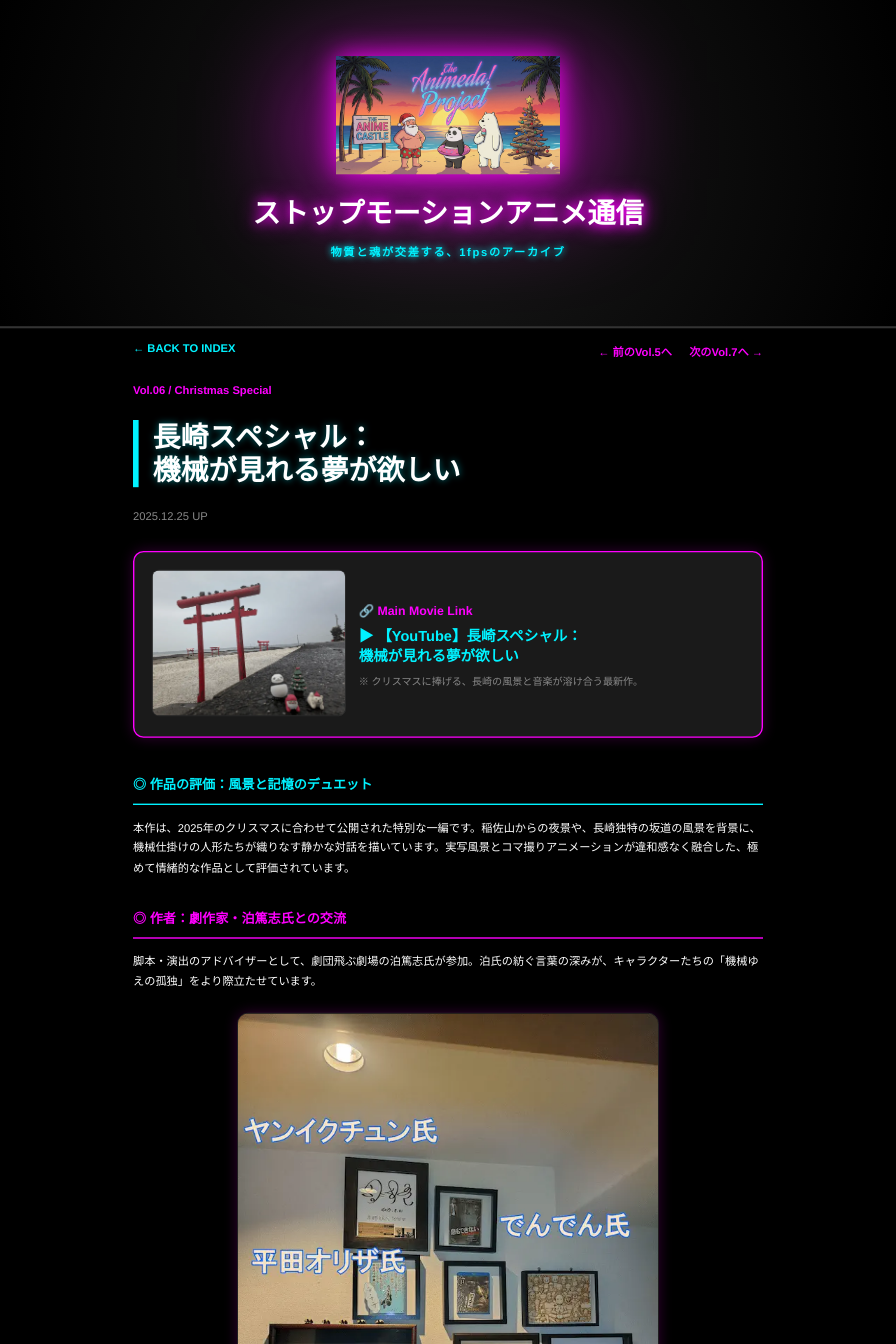
Repository: hamagoro/my-animation-site
Page: episodes/vol06.html
These files come from the project's save history. The page is drawn as it stood at one moment and after the next save; the edit follows.
The browser window is 1280 px wide. The pictures show the part of the page from y = 0 to 1920 px (the page is 3999 px tall before and 4011 px after), at 70% of full size.

Above is the page before, as saved 2026-01-25 16:39:47.

### episodes/vol06.html
<!DOCTYPE html>
<html lang="ja">
<head>
    <meta charset="UTF-8">
    <meta name="viewport" content="width=device-width, initial-scale=1.0">
    <title>Vol.06 長崎スペシャル - ストップアニメーション通信</title>
    <link rel="icon" href="../images/logo2.webp" type="image/webp">
    <link rel="stylesheet" href="../style.css">
</head>
<body>

    <header class="main-header">
        <img src="../images/logo.webp" alt="The Animeda! Project" class="header-logo">
        <h1 class="header-title">ストップモーションアニメ通信</h1>
        <p class="header-subtitle">物質と魂が交差する、1fpsのアーカイブ</p>
    </header>

    <nav style="padding: 20px; display: flex; justify-content: space-between; font-weight: bold; max-width: 900px; margin: 0 auto;">
        <a href="../index.html" style="color: #00f2ff; text-decoration: none;">← BACK TO INDEX</a>
        <div>
            <a href="vol05.html" style="color: #ff00ff; text-decoration: none; margin-right: 20px;">← 前のVol.5へ</a>
            <a href="vol07.html" style="color: #ff00ff; text-decoration: none;">次のVol.7へ →</a>
        </div>
    </nav>

    <article class="episode-container" style="max-width: 900px; margin: 0 auto; padding: 0 40px; text-align: left;">

        <header class="episode-header" style="margin-bottom: 40px;">
            <p style="color: #ff00ff; margin-bottom: 5px; font-weight: bold;">Vol.06 / Christmas Special</p>
            <h2 style="font-size: 2.5rem; border-left: 8px solid #00f2ff; padding-left: 20px; line-height: 1.2; text-shadow: 0 0 10px rgba(0,242,255,0.5);">
                長崎スペシャル：<br>機械が見れる夢が欲しい
            </h2>
            <p class="date" style="margin-top: 15px; color: #888;">2025.12.25 UP</p>
        </header>

        <section class="top-link-area" style="margin-bottom: 50px; padding: 25px; background: #1a1a1a; border-radius: 15px; border: 2px solid #ff00ff; box-shadow: 0 0 20px rgba(255, 0, 255, 0.2); display: flex; align-items: center; gap: 20px; flex-wrap: wrap;">
            <div style="flex: 1; min-width: 200px;">
                <img src="../images/vol06/main.webp" alt="長崎スペシャル" style="width: 100%; border-radius: 10px; border: 1px solid #333;">
            </div>
            <div style="flex: 2; min-width: 250px;">
                <p style="margin-bottom: 10px; font-weight: bold; color: #ff00ff; font-size: 1.1rem;">🔗 Main Movie Link</p>
                <a href="https://youtu.be/II24Uw6DMSQ" target="_blank" style="color: #00f2ff; text-decoration: none; font-weight: bold; font-size: 1.3rem; display: block; line-height: 1.4;">
                    ▶ 【YouTube】長崎スペシャル：<br>機械が見れる夢が欲しい
                </a>
                <p style="color: #888; font-size: 0.9rem; margin-top: 10px;">
                    ※ クリスマスに捧げる、長崎の風景と音楽が溶け合う最新作。
                </p>
            </div>
        </section>

        <section class="analysis-overview" style="line-height: 1.8;">
            <div style="margin-bottom: 40px;">
                <h3 style="color: #00f2ff; border-bottom: 2px solid #00f2ff; padding-bottom: 10px;">◎ 作品の評価：風景と記憶のデュエット</h3>
                <p>
                    本作は、2025年のクリスマスに合わせて公開された特別な一編です。稲佐山からの夜景や、長崎独特の坂道の風景を背景に、機械仕掛けの人形たちが織りなす静かな対話を描いています。実写風景とコマ撮りアニメーションが違和感なく融合した、極めて情緒的な作品として評価されています。
                </p>
            </div>

            <div style="margin-bottom: 40px;">
                <h3 style="color: #ff00ff; border-bottom: 2px solid #ff00ff; padding-bottom: 10px;">◎ 作者：劇作家・泊篤志氏との交流</h3>
                <p>
                    脚本・演出のアドバイザーとして、劇団飛ぶ劇場の泊篤志氏が参加。泊氏の紡ぐ言葉の深みが、キャラクターたちの「機械ゆえの孤独」をより際立たせています。
                </p>
                <div style="margin: 30px 0; text-align: center;">
                    <img src="../images/vol06/signed.webp" alt="泊篤志氏のサイン" style="width: 100%; max-width: 600px; border-radius: 15px; border: 1px solid #333; box-shadow: 0 0 20px rgba(255, 0, 255, 0.2);">
                    <p style="font-size: 0.9rem; color: #888; margin-top: 10px;">【Memory】泊篤志氏から頂いた大切なサインと、交流の記録</p>
                </div>
            </div>

            <div style="margin-bottom: 40px;">
                <h3 style="color: #00f2ff; border-bottom: 2px solid #00f2ff; padding-bottom: 10px;">◎ 技術：夜景の中の「実存感」</h3>
                <p>
                    夜景撮影において最も困難なのは、背景の光量と人形へのライティングのバランスです。本作では、窓への反射を最小限に抑えつつ、暗闇の中でも人形たちが埋もれないよう、微細なスポットライトを多用しています。
                </p>
                <div style="margin: 40px 0; text-align: center;">
                    <img src="../images/vol06/sub.webp" alt="長崎の夜景と人形" style="width: 100%; max-width: 700px; border-radius: 15px; border: 2px solid #333; box-shadow: 0 0 15px rgba(0, 242, 255, 0.2);">
                    <p style="font-size: 0.9rem; color: #888; margin-top: 10px;">長崎の夜景と、共に旅をする人形たち（劇中カットより）</p>
                </div>
            </div>

            <div style="margin-bottom: 40px;">
                <h3 style="color: #ff00ff; border-bottom: 2px solid #ff00ff; padding-bottom: 10px;">◎ 今後の予定：巡回上映とAIへの挑戦</h3>
                <p>
                    本作は今後、北九州や福岡など、九州各地のミニシアターでの巡回上映を予定しています。また、次作では「AI生成による不整合な動き」をあえてコマ取りの「味」として取り入れる、新たな表現手法のテストも開始されています。
                </p>
            </div>
        </section>

        <section style="margin: 60px 0; padding: 30px; background: #1a1a1a; border-radius: 20px; border: 1px dashed #00f2ff;">
            <h4 style="margin: 0; color: #00f2ff; font-size: 1.4rem;">🔍 Animeda! 視点：交流から生まれる命</h4>
            <p style="font-size: 1rem; margin-top: 15px; line-height: 2;">
                草木饅頭を手に楽屋を訪ねるという「身体的なアクション」こそが、ストップモーション制作者には欠かせない資質です。人形に触れ、舞台に触れ、人に触れる。泊氏から直接頂いたサインは、何物にも代えがたい制作のガソリンになります。来年はAIの不整合すらも「味」にできるほど、自分自身と機械の距離を縮めていきたい。そう強く感じさせるクリスマス・スペシャルでした。
            </p>
        </section>

    </article>

    <nav style="padding: 20px; display: flex; justify-content: space-between; font-weight: bold; max-width: 900px; margin: 0 auto;">
        <a href="../index.html" style="color: #00f2ff; text-decoration: none;">← BACK TO INDEX</a>
        <div>
            <a href="vol05.html" style="color: #ff00ff; text-decoration: none; margin-right: 20px;">← 前のVol.5へ</a>
            <a href="vol07.html" style="color: #ff00ff; text-decoration: none;">次のVol.7へ →</a>
        </div>
    </nav>

    <footer class="main-footer" style="padding: 80px 20px; text-align: center; border-top: 4px solid #ff00ff; background: #000; display: flex; flex-direction: column; align-items: center; justify-content: center;">
        <img src="../images/logo.webp" alt="The Animeda! Project Logo" class="footer-logo" style="max-width: 180px; filter: drop-shadow(0 0 15px rgba(255, 0, 255, 0.8)); margin-bottom: 20px; display: block; margin-left: auto; margin-right: auto;">
        <p class="footer-credit" style="color: #00f2ff; font-weight: 900; text-shadow: 0 0 10px rgba(0, 242, 255, 0.5); margin: 0; text-align: center; width: 100%;">© 2026 The Animeda! Project</p>
    </footer>

</body>
</html>

### style.css
/* --- 共通：ネオンヘッダーの定義 --- */
body {
    background-color: #000 !important;
    color: #ffffff !important;
    font-family: 'Helvetica Neue', Arial, 'Hiragino Kaku Gothic ProN', 'Hiragino Sans', Meiryo, sans-serif;
    margin: 0;
}

/* ヘッダー全体の共通スタイル */
.main-header {
    padding: 80px 20px;
    text-align: center;
    background: radial-gradient(circle at center, #1a1a1a 0%, #000 100%);
    position: relative;
    overflow: hidden;
    border-bottom: 3px solid #333;
}

/* ロゴ背後のネオン光 */
.main-header::before {
    content: "";
    position: absolute;
    top: 40%; left: 50%;
    transform: translate(-50%, -50%);
    width: 400px; height: 150px;
    background: rgba(255, 0, 255, 0.7);
    filter: blur(80px);
    z-index: 0;
}

.header-logo {
    position: relative; z-index: 1;
    max-width: 320px;
    filter: drop-shadow(0 0 20px rgba(255, 0, 255, 1));
    margin-bottom: 20px;
}

.header-title {
    position: relative; z-index: 1;
    font-size: 2.5rem; font-weight: 900;
    text-shadow: 0 0 15px #ff00ff, 0 0 30px #ff00ff;
    margin: 0;
}

.header-subtitle {
    position: relative; z-index: 1;
    color: #00f2ff; font-weight: bold;
    text-shadow: 0 0 10px #00f2ff;
    letter-spacing: 0.15em; margin-top: 15px;
}

/* フッターのネオン共通スタイル */
.main-footer {
    padding: 80px 20px;
    text-align: center;
    background: #000;
    border-top: 4px solid #ff00ff;
    margin-top: 50px;
}

.footer-logo {
    max-width: 150px;
    filter: drop-shadow(0 0 15px rgba(255, 0, 255, 0.7));
}

.footer-credit {
    color: #00f2ff; font-weight: 900;
    text-shadow: 0 0 10px rgba(0, 242, 255, 0.5);
    margin-top: 15px;
}

After the next save:
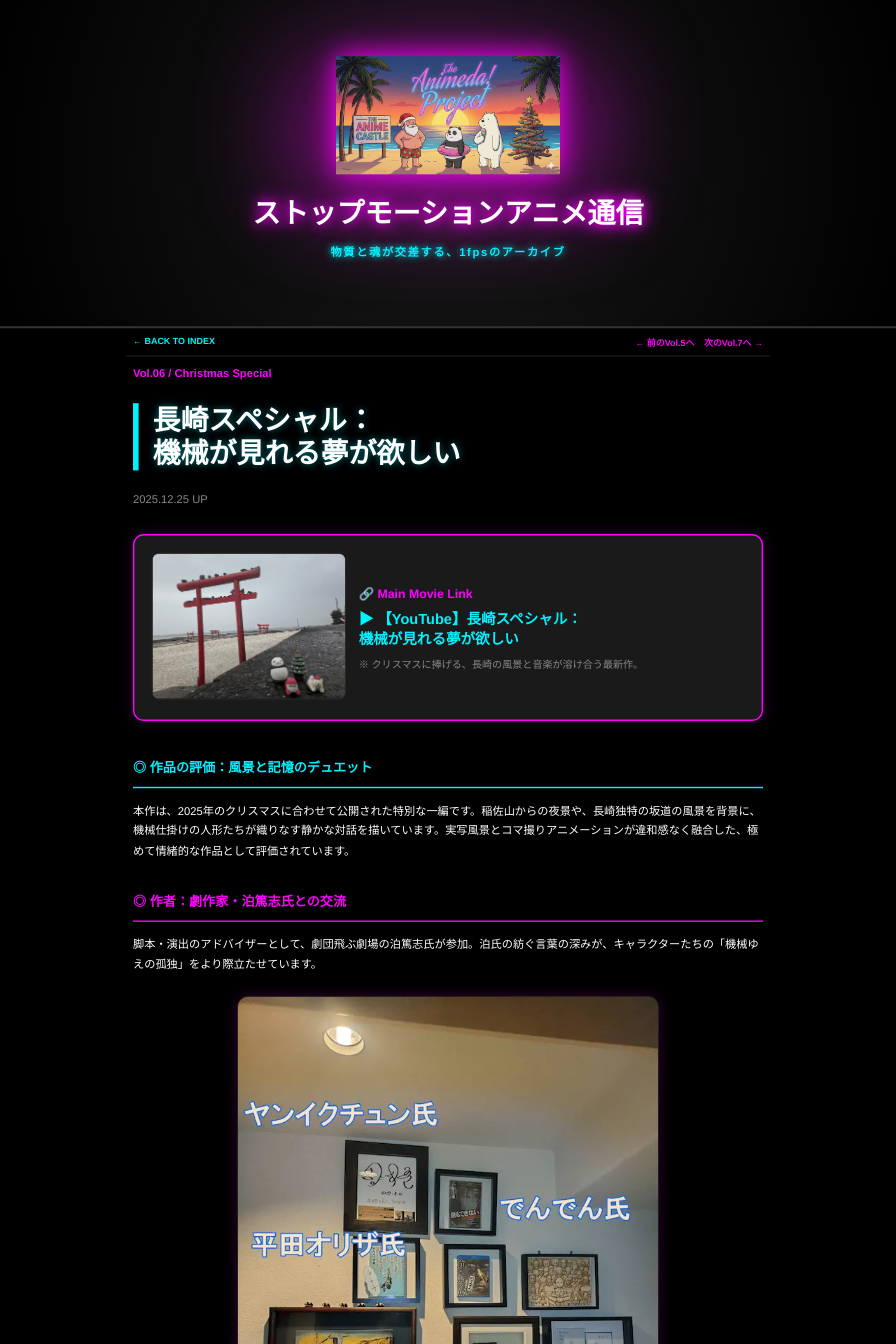
Saved 9 s later.
--- a/episodes/vol06.html
+++ b/episodes/vol06.html
@@ -15,11 +15,11 @@
         <p class="header-subtitle">物質と魂が交差する、1fpsのアーカイブ</p>
     </header>
 
-    <nav style="padding: 20px; display: flex; justify-content: space-between; font-weight: bold; max-width: 900px; margin: 0 auto;">
+    <nav style="padding: 10px; display: flex; justify-content: space-between; font-weight: bold; max-width: 900px; margin: 0 auto; border-bottom: 1px solid #333; font-size: 0.8rem;">
         <a href="../index.html" style="color: #00f2ff; text-decoration: none;">← BACK TO INDEX</a>
         <div>
-            <a href="vol05.html" style="color: #ff00ff; text-decoration: none; margin-right: 20px;">← 前のVol.5へ</a>
-            <a href="vol07.html" style="color: #ff00ff; text-decoration: none;">次のVol.7へ →</a>
+            <a href="vol05.html" style="color: #ff00ff; text-decoration: none; margin-right: 10px; white-space: nowrap;">← 前のVol.5へ</a>
+            <a href="vol07.html" style="color: #ff00ff; text-decoration: none; white-space: nowrap;">次のVol.7へ →</a>
         </div>
     </nav>
 
@@ -95,11 +95,11 @@
 
     </article>
 
-    <nav style="padding: 20px; display: flex; justify-content: space-between; font-weight: bold; max-width: 900px; margin: 0 auto;">
+    <nav style="padding: 40px 10px; display: flex; justify-content: space-between; font-weight: bold; max-width: 900px; margin: 0 auto; border-top: 1px solid #333; font-size: 0.8rem;">
         <a href="../index.html" style="color: #00f2ff; text-decoration: none;">← BACK TO INDEX</a>
         <div>
-            <a href="vol05.html" style="color: #ff00ff; text-decoration: none; margin-right: 20px;">← 前のVol.5へ</a>
-            <a href="vol07.html" style="color: #ff00ff; text-decoration: none;">次のVol.7へ →</a>
+            <a href="vol05.html" style="color: #ff00ff; text-decoration: none; margin-right: 10px; white-space: nowrap;">← 前のVol.5へ</a>
+            <a href="vol07.html" style="color: #ff00ff; text-decoration: none; white-space: nowrap;">次のVol.7へ →</a>
         </div>
     </nav>
 
